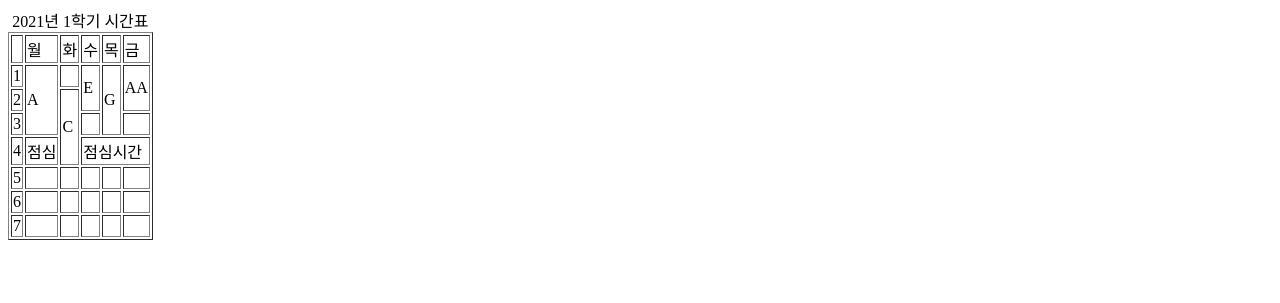
Repository: o-ddong/JSP
Page: ch1_html/WebContent/hello.html
The author's editor kept a copy of each file at every save. The page is drawn from the files as they stood at one save, then again after a run of saves.
The browser window is 1280 px wide. The pictures show the whole page.

Above is the page before, as saved 2021-03-03 05:54:51.

### ch1_html/WebContent/hello.html
<!DOCTYPE html>
<html>
<head>
<meta charset="EUC-KR">
<title>Insert title here</title>
<style type = "text/css">
	.style0{border:solid;}
	.style1{font-family:궁서체 ; color:red; font-size:25px; width:100px}
	.style2{font-family:italic; color:blur; font-size:18px; width:50px}
	.style3{background-color:yellow;}
</style>
</head>
<body>

<table border="1">
	<caption>2021년 1학기 시간표</caption>
	<tr>
		<td></td>
		<td>월</td>
		<td>화</td>
		<td>수</td>
		<td>목</td>
		<td>금</td>
	</tr>
	<tr>
		<td>1</td>
		<td rowspan=3>A</td>
		<td></td>
		<td rowspan=2>E</td>
		<td rowspan=3>G</td>
		<td rowspan=2>AA</td>
	</tr>
	<tr>
		<td>2</td>
		<td rowspan=3>C</td>
	</tr>
	<tr>
		<td>3</td>
		<td></td>
		<td></td>
	</tr>
	<tr>
		<td>4</td>
		<td>점심</td>
		<td colspan=3>점심시간</td>
	</tr>
	<tr>
		<td>5</td>
		<td></td>
		<td></td>
		<td></td>
		<td></td>
		<td></td>
	</tr>
	<tr>
		<td>6</td>
		<td></td>
		<td></td>
		<td></td>
		<td></td>
		<td></td>
	</tr>
	<tr>
		<td>7</td>
		<td></td>
		<td></td>
		<td></td>
		<td></td>
		<td></td>
	</tr>


</table>

</body>
</html>

After the next 2 saves:
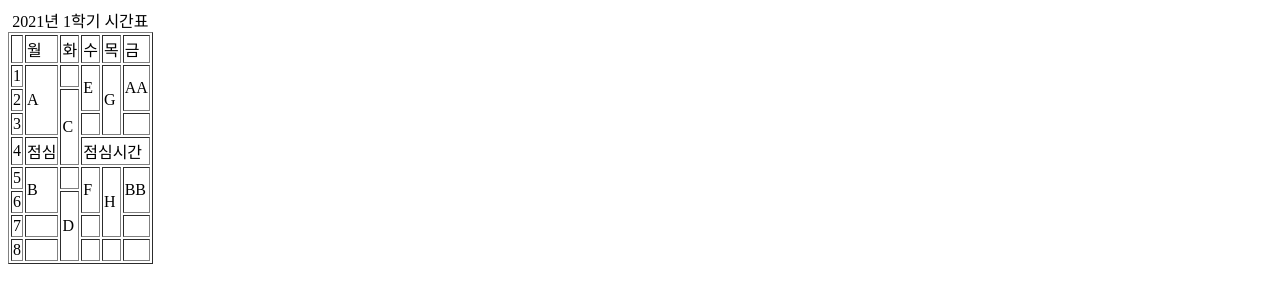
The 2 saves are shown as one change because they came seconds apart.
The last was saved 101 s later.
--- a/ch1_html/WebContent/hello.html
+++ b/ch1_html/WebContent/hello.html
@@ -46,30 +46,29 @@
 	</tr>
 	<tr>
 		<td>5</td>
+		<td rowspan=2>B</td>
 		<td></td>
-		<td></td>
-		<td></td>
-		<td></td>
-		<td></td>
+		<td rowspan=2>F</td>
+		<td rowspan=3>H</td>
+		<td rowspan=2>BB</td>
 	</tr>
 	<tr>
 		<td>6</td>
-		<td></td>
-		<td></td>
-		<td></td>
-		<td></td>
-		<td></td>
+		<td rowspan=3>D</td>
 	</tr>
 	<tr>
 		<td>7</td>
 		<td></td>
 		<td></td>
 		<td></td>
+	</tr>
+	<tr>
+		<td>8</td>
+		<td></td>
+		<td></td>
 		<td></td>
 		<td></td>
 	</tr>
-
-
 </table>
 
 </body>
